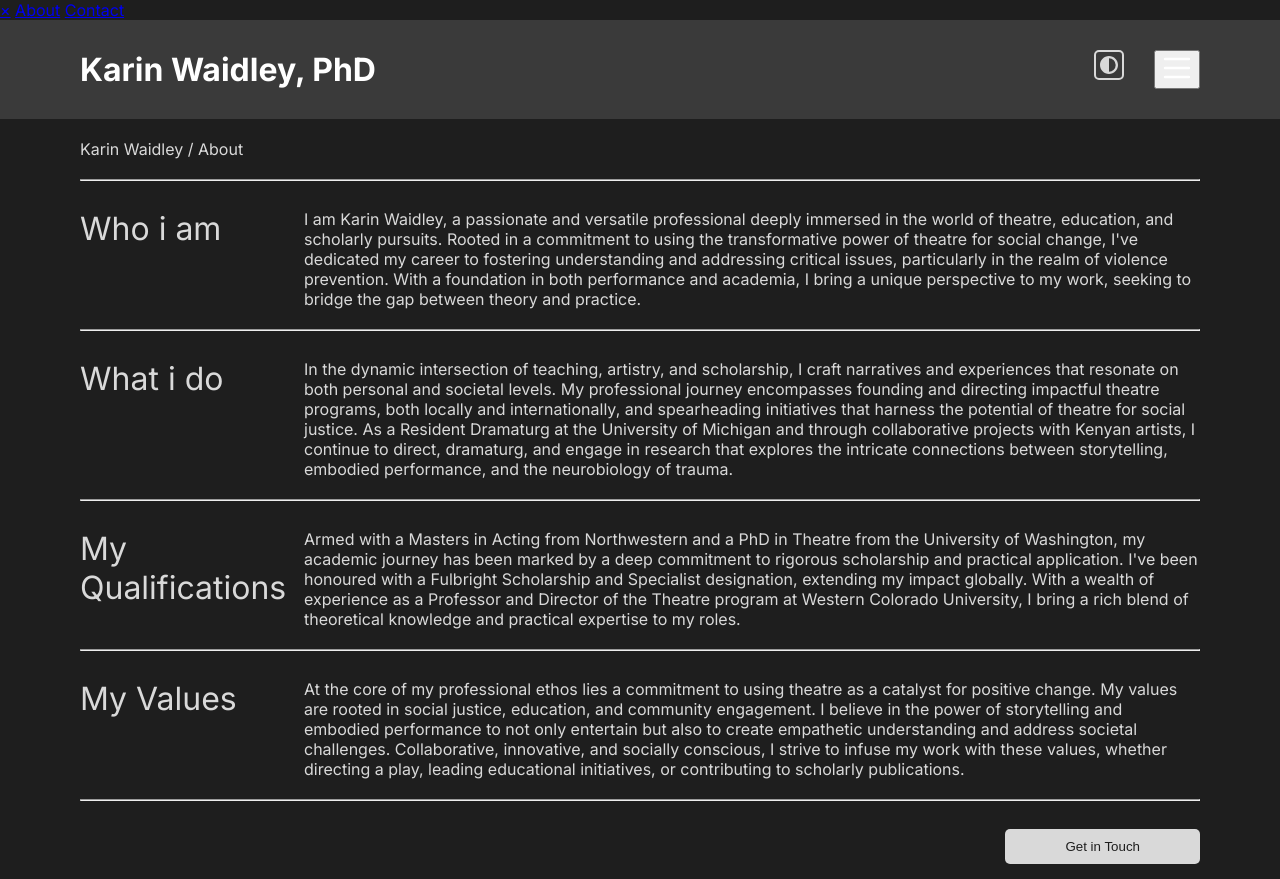
Repository: Ceasor7/Karin
Page: about.html
The author's editor kept a copy of each file at every save. The page is drawn from the files as they stood at one save, then again after the next save.
The browser window is 1280 px wide. The pictures show the whole page.

Above is the page before, as saved 2023-12-15 18:02:24.

After the next save:
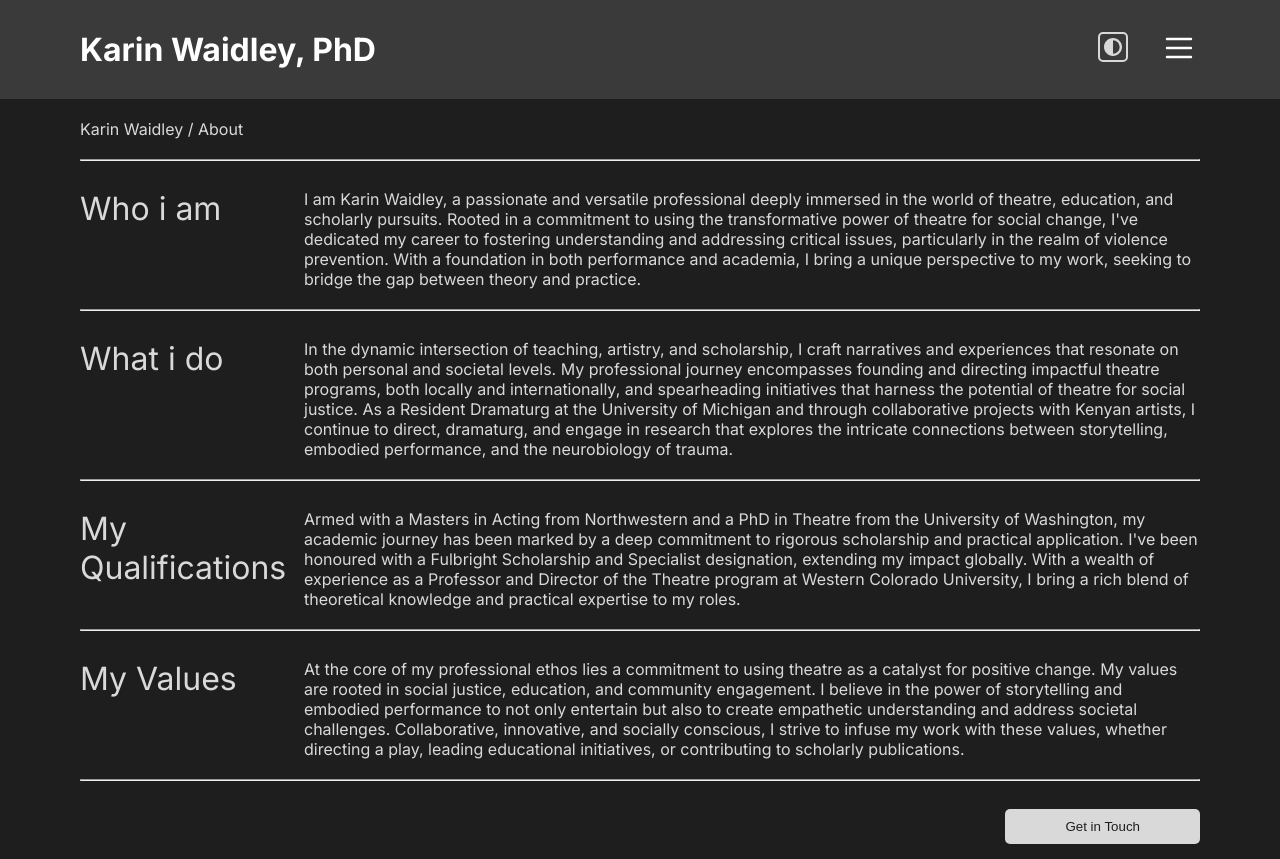
Saved 56 s later.
--- a/about.html
+++ b/about.html
@@ -152,6 +152,47 @@
         }
 
         /* navbar */
+        /* sidebar menu */
+        .sidebarmenu {
+            background: transparent;
+            border: none;
+        }
+
+        .sidebar {
+            height: 100%;
+            width: 0;
+            position: fixed;
+            right: 0;
+            background-color: #333;
+            overflow-x: hidden;
+            transition: 0.5s;
+            padding-top: 60px;
+        }
+
+        .sidebar a {
+            padding: 8px 8px 8px 32px;
+            text-decoration: none;
+            font-size: 18px;
+            color: white;
+            display: block;
+            transition: 0.3s;
+        }
+
+        .sidebar a:hover {
+            color: #f1f1f1;
+        }
+
+        .sidebar .closebtn {
+            position: absolute;
+            top: 0;
+            right: 25px;
+            font-size: 36px;
+            margin-left: 50px;
+        }
+
+        #main {
+            transition: margin-right .5s;
+        }
     </style>
 </head>
 
